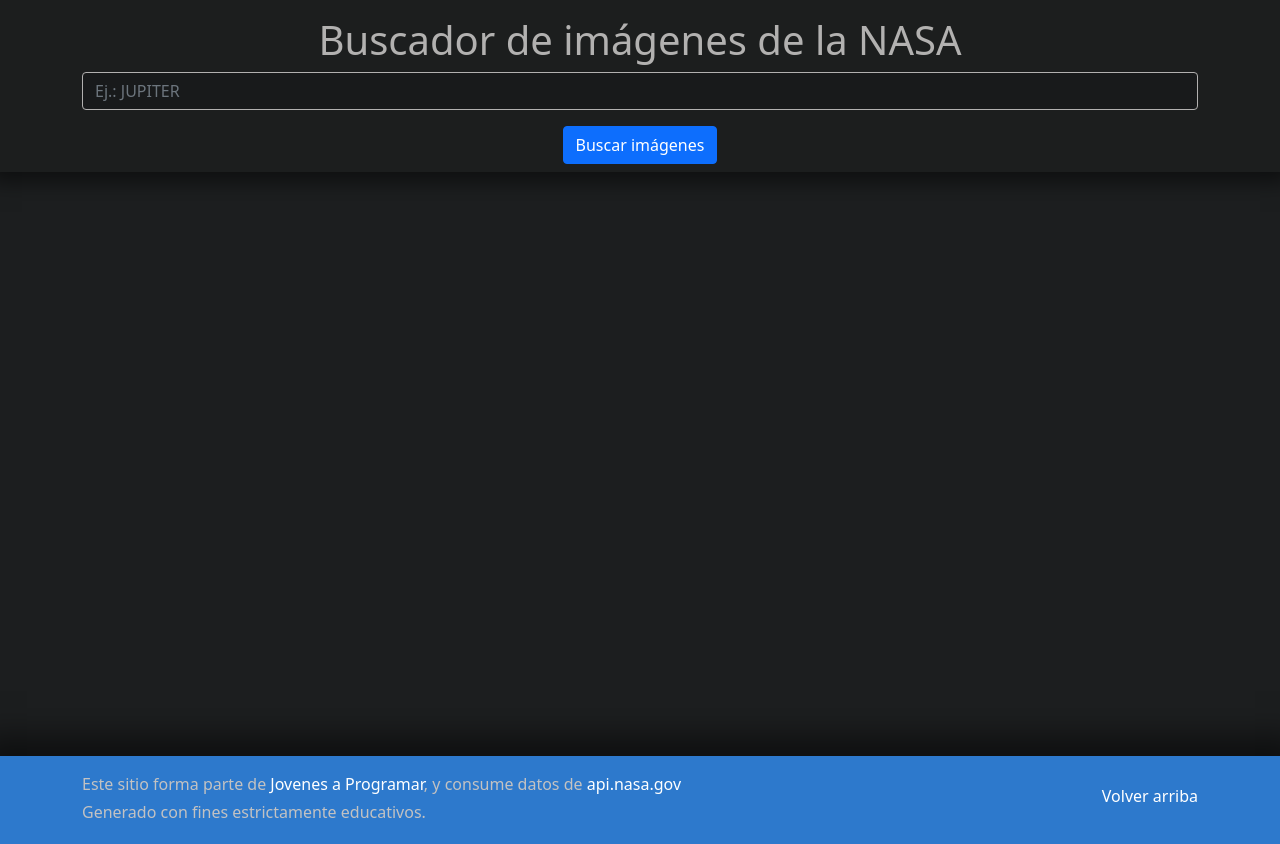
Repository: romancegirl/galaxies
Page: index.html
An editor plug-in stored every save of this project. The page is shown before and after the next save, followed by the edit.
The browser window is 1280 px wide. The pictures show the whole page.

Above is the page before, as saved 2024-11-30 04:17:40.

### index.html
<!doctype html>
<html lang="es">

<head>
  <meta charset="utf-8">
  <meta name="viewport" content="width=device-width, initial-scale=1">
  <title>Buscador de imágenes de la NASA</title>

  <link href="css/bootstrap.min.css" rel="stylesheet">
  <link rel="stylesheet" href="css/style.css">
</head>

<body>

  <header>
    <div class="d-flex justify-content-around align-items-center" id="intro">
      <div class="text-center container">
        <h1 class="fw-light">Buscador de imágenes de la NASA</h1>
        <input type="search" class="form-control" name="buscar" id="inputBuscar" placeholder="Ej.: JUPITER">
        <button class="btn btn-primary my-2" id="btnBuscar">Buscar imágenes</button>
      </div>
    </div>
  </header>

  <main>
    <div class="container">
      <div id="contenedor">
      </div>
    </div>
  </main>


  <footer class="text-muted py-3">
    <div class="container">
      <p class="float-end mb-1">
        <a href="#">Volver arriba</a>
      </p>
      <p class="mb-1">Este sitio forma parte de <a href="https://jovenesaprogramar.edu.uy/" target="_blank">
          Jovenes a Programar</a>, y consume datos de <a href="https://api.nasa.gov/" target="_blank">
          api.nasa.gov</a></p>
      <p class="mb-1">Generado con fines estrictamente educativos.</p>
    </div>
  </footer>

  <script src="https://cdn.jsdelivr.net/npm/bootstrap@5.3.1/dist/js/bootstrap.bundle.min.js"></script>
  <script src="js/space.js"></script>

</body>

</html>

### css/style.css
body {
    background-color: #1C1E1F;
    color: #B2B1B0;
    display: flex;
    flex-direction: column;
    min-height: 100vh;
}

main {
    min-height: calc(100vh - 160px);
    flex-grow: 1;
}

#intro {
    background-color: #1c1e1f9b;
    padding-top: 1rem;
    position: relative;
    box-shadow: 0 0 20px 10px rgba(0, 0, 0, 0.5);
}

input {
    box-sizing: border-box;
    width: 3rem;
}



input[type="search"] {
    background-color: #181A1B;
    border: 1px solid #B2B1B0;
    color: #B2B1B0;
}

input[type="search"]:focus {
    box-shadow: 0 0 5px #2D79CC;
    background-color: #181A1B;
    border: 1px solid #2D79CC;
    color: #B2B1B0;
}

.form-control {
    margin-bottom: 0.5rem;
}


#contenedor {
    display: flex;
    flex-wrap: wrap;
    justify-content: center;
    gap: 1rem;
    align-items: center;
}

.card {
    width: 22rem;
    height: 500px;
    display: flex;
    flex-direction: column;
    overflow: hidden;
    margin-top: 2rem;
    background-color: #181A1B;
    color: #c3c2c2;
    box-shadow: 0 0 4px 4px #2d7acc66;
}

.card-img-top {
    width: 100%;
    height: 250px;
    object-fit: cover;
}

.card-body {
    height: 250px;
    overflow-y: auto;
    padding: 1rem;
}

.card-text {
    display: -webkit-box;
    -webkit-line-clamp: 3;
    -webkit-box-orient: vertical;
    overflow: hidden;
    transition: all 0.3s ease-in-out;
}

.card-text.more {
    -webkit-line-clamp: 3;
    overflow: hidden;
}

.card-text.full {
    -webkit-line-clamp: unset;
    overflow: visible;
}

#more {
    cursor: pointer;
    color: #007bff;
    text-decoration: none;
    display: block;
    margin-top: 10px;
}



footer {
    background-color: #2D79CC;
    bottom: 0;
    width: 100%;
    margin-top: 1.5rem;
    box-shadow: 0 0 30px 20px rgba(0, 0, 0, 0.5);
}

footer p {
    color: #c3c2c2
}

footer a {
    color: #ffffff;
    text-decoration: none;
}

footer a:hover {
    color: #9b9a9b;
    transform: scale(1.05);
    transition: color 0.3s, text-shadow 0.3s;
}

footer .float-end {
    transform: translateY(50%);
}




@media (max-width: 1200px) {
    .col-lg-6 {
        width: 50%;
    }
}

@media (max-width: 768px) {
    .col-md-4 {
        width: 100%;
    }
}

### js/space.js
// Función para alternar la visibilidad del texto
function toggleDescription(button) {
    const cardBody = button.closest('.card-body');
    const descriptionText = cardBody.querySelector('.card-text');

    // Alternar clases entre "more" y "full" en el texto de la descripción
    if (descriptionText.classList.contains('more')) {
        descriptionText.classList.remove('more');
        descriptionText.classList.add('full');
        button.textContent = 'Ver menos'; // Cambiar el texto del botón
    } else {
        descriptionText.classList.remove('full');
        descriptionText.classList.add('more');
        button.textContent = 'Ver más'; // Cambiar el texto del botón
    }
}

// Asegúrate de que el evento de clic esté correctamente asignado en el HTML generado
const inputBuscar = document.getElementById('inputBuscar');
const btnBuscar = document.getElementById('btnBuscar');
const contenedor = document.getElementById('contenedor');

const searchNASAImages = async () => {
    const query = inputBuscar.value.trim();

    if (!query) {
        alert('Por favor, ingresa un término de búsqueda.');
        return;
    }

    const nasaAPI = `https://images-api.nasa.gov/search?q=${query}`;

    try {
        const response = await fetch(nasaAPI);
        const data = await response.json();

        const items = data.collection.items;
        if (!items || items.length === 0) {
            contenedor.innerHTML = `
            <h3><strong>No hemos encontrado información relacionada a "${query}".</strong></h3>`;
            return;
        }

        contenedor.innerHTML = '';

        const row = document.createElement('div');
        row.className = 'row';

        items.forEach((item) => {
            const { title, description, date_created } = item.data[0];
            const imageUrl = item.links?.[0]?.href || 'https://via.placeholder.com/150';

            // Crear la tarjeta
            const card = document.createElement('div');
            card.className = 'col-12 col-md-4 mb-6';

            // Contenido de la tarjeta
            card.innerHTML = `
                <div class="card">
                    <img src="${imageUrl}" class="card-img-top" alt="${title}">
                    <div class="card-body">
                        <h5 class="card-title">${title}</h5>
                        <p class="card-text more">${description || 'Descripción no disponible.'}</p>
                        <!-- Aquí controlamos la visibilidad del botón -->
                        ${description && description.length > 200 ? '<p class="card-text" id="more" onclick="toggleDescription(this)">Ver más</p>' : ''}
                        <p class="card-text"><small class="text-muted">Fecha: ${new Date(date_created).toLocaleDateString()}</small></p>
                    </div>
                </div>
            `;

            const descriptionText = card.querySelector('.card-text');
            const moreButton = card.querySelector('#more');
            if (!description || description.length <= 200) {
                if (moreButton) {
                    moreButton.style.display = 'none';
                }
                descriptionText.classList.add('full');
            }

            row.appendChild(card);
        });

        contenedor.appendChild(row);
    } catch (error) {
        console.error('Error al obtener datos:', error);
        contenedor.innerHTML = `<p class="text-center text-danger">Ocurrió un error al obtener los datos.</p>`;
    }
};

btnBuscar.addEventListener('click', searchNASAImages);
inputBuscar.addEventListener('keydown', (event) => {
    if (event.key === 'Enter') {
        event.preventDefault();
        searchNASAImages();
    }
});

Loaded but not shown: css/bootstrap.min.css (library)

After the next save:
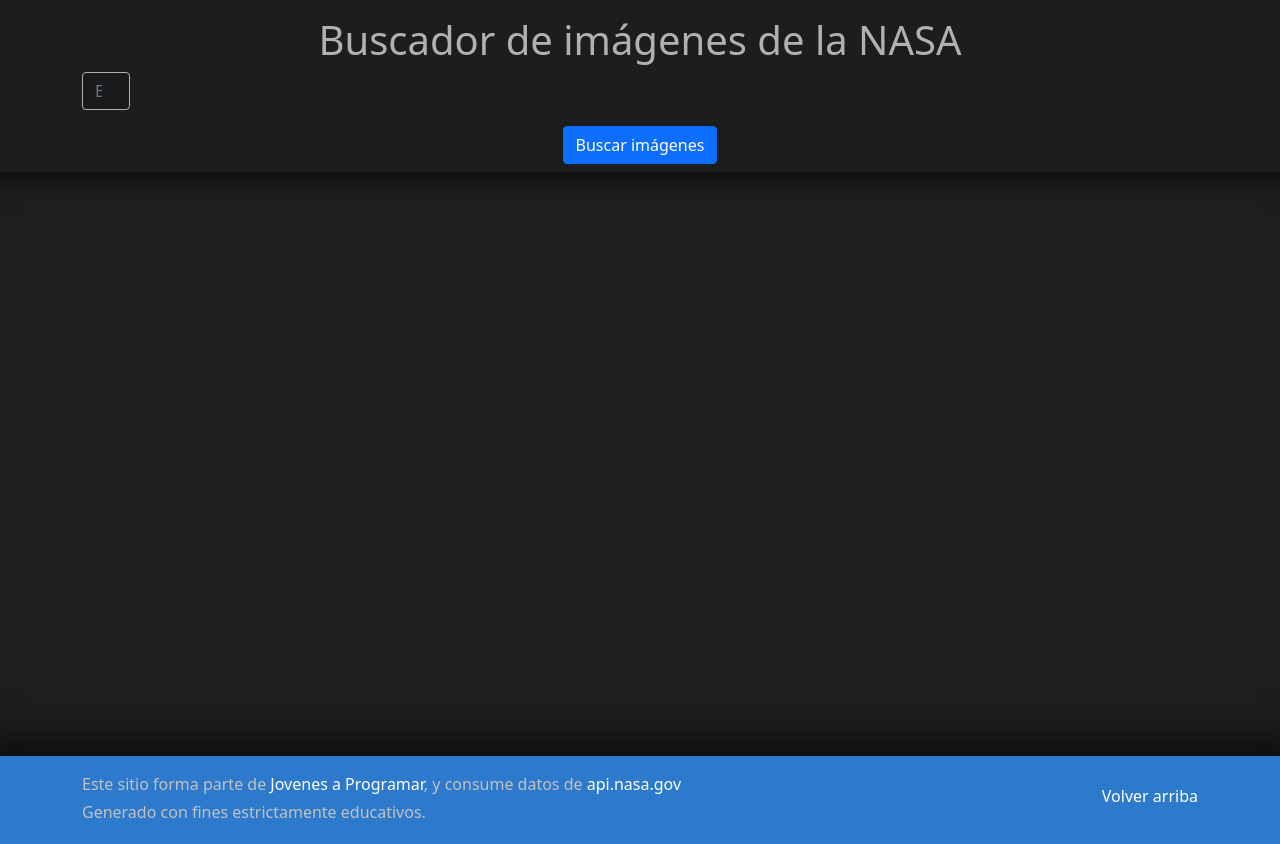
Saved 9 s later.
--- a/css/style.css
+++ b/css/style.css
@@ -19,9 +19,9 @@
 }
 
 input {
-    box-sizing: border-box;
-    width: 3rem;
+    width: 3rem !important;
 }
+
 
 
 
